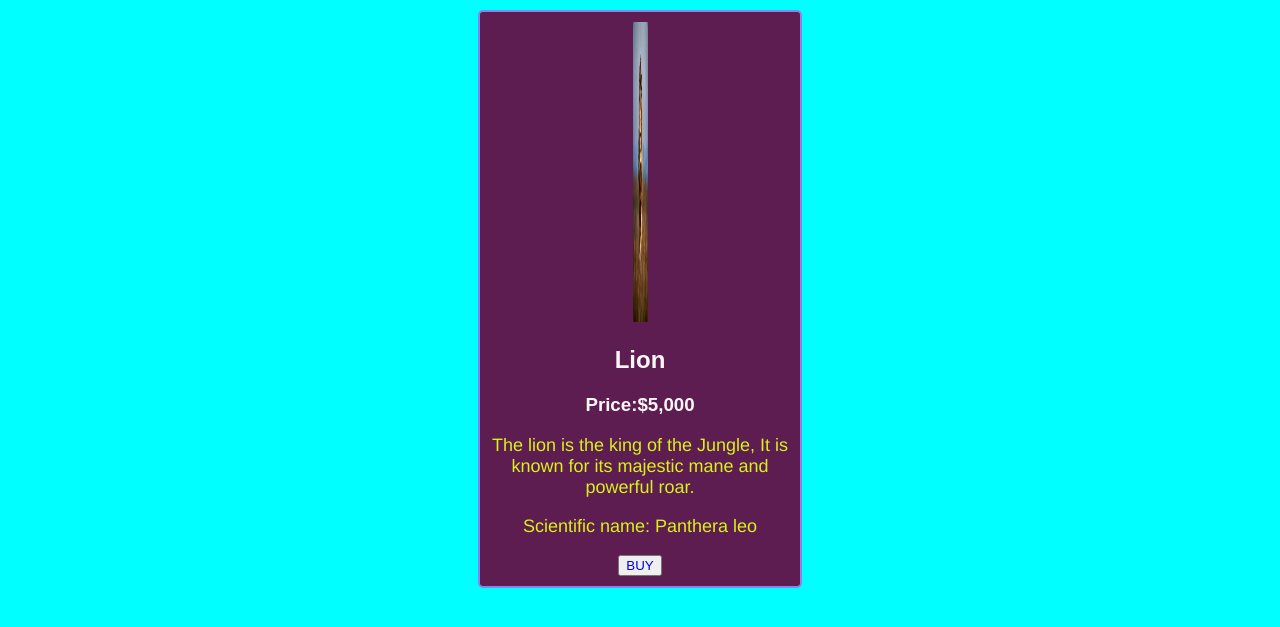
Repository: KingBoyMaylow/Animal-trading-card
Page: index.html
An editor plug-in stored every save of this project. The page is shown before and after the next save, followed by the edit.
The browser window is 1280 px wide. The pictures show the whole page.

Above is the page before, as saved 2024-05-15 10:28:13.

After the next save:
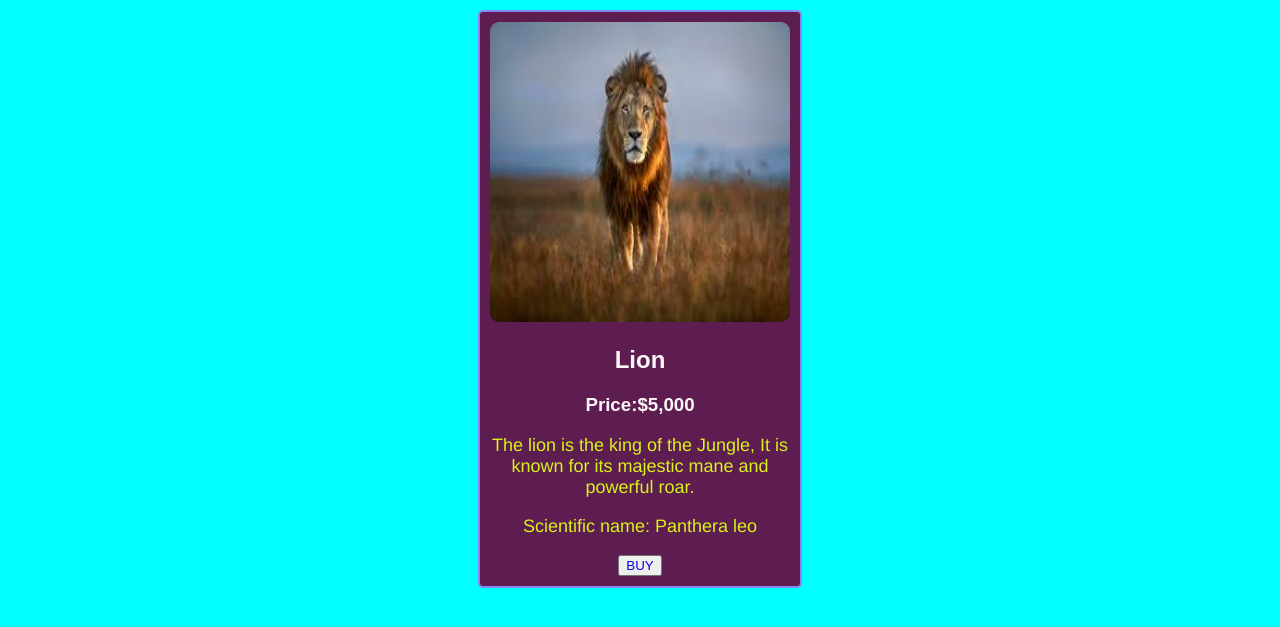
Saved 5 s later.
--- a/index.html
+++ b/index.html
@@ -27,7 +27,7 @@
         background-color: #5d1d51;
     }
     .card img {
-        width: 5%;
+        width: 100%;
         border-radius: 3%;
         height: 300px;
     }
